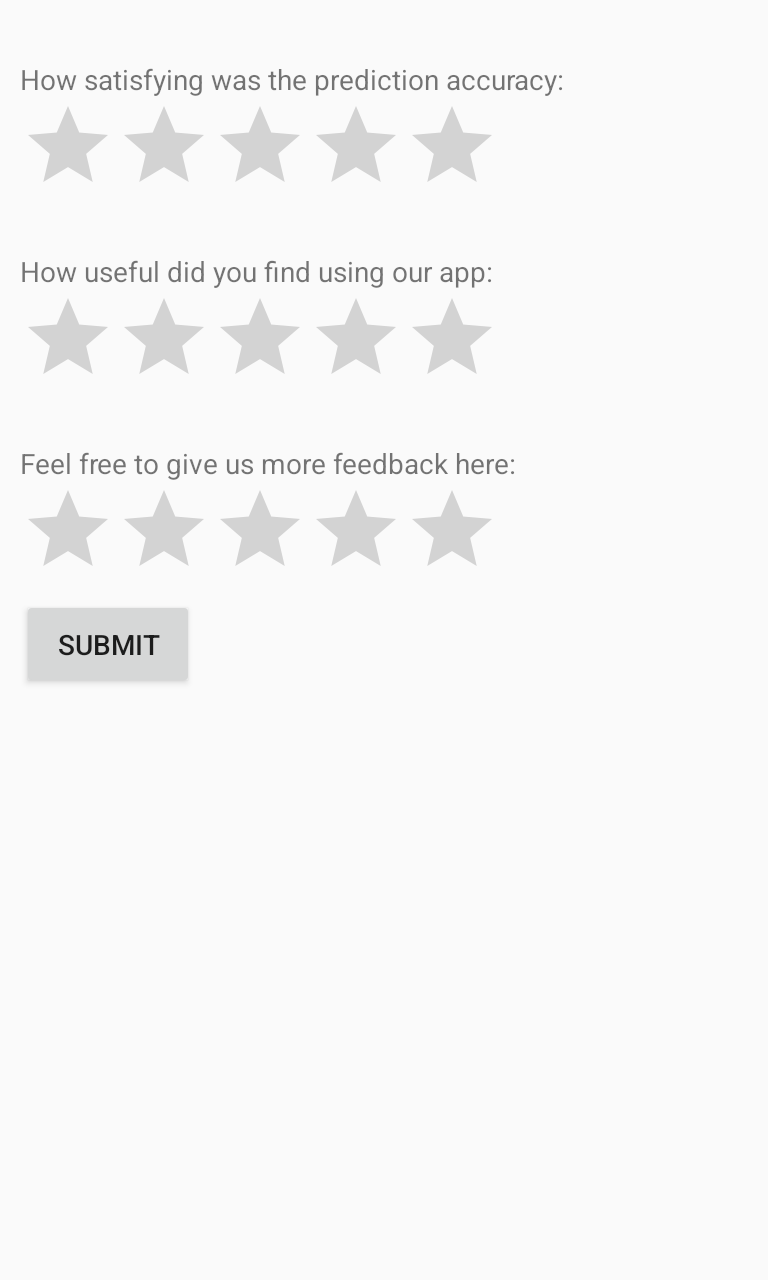
Repository: hessfr/contextRecognition
Layout: androidProjects/ContextRecognition/res/layout/activity_rating.xml
These files come from the project's save history. The layout is drawn as it stood at one moment and after the next save; the edit follows.
It is drawn on a 768 x 1280 px phone screen (xhdpi) without system bars, with theme AppTheme; the app's code is not run.

Above is the layout before, as saved 2014-05-30 07:39:32.

After the next save:
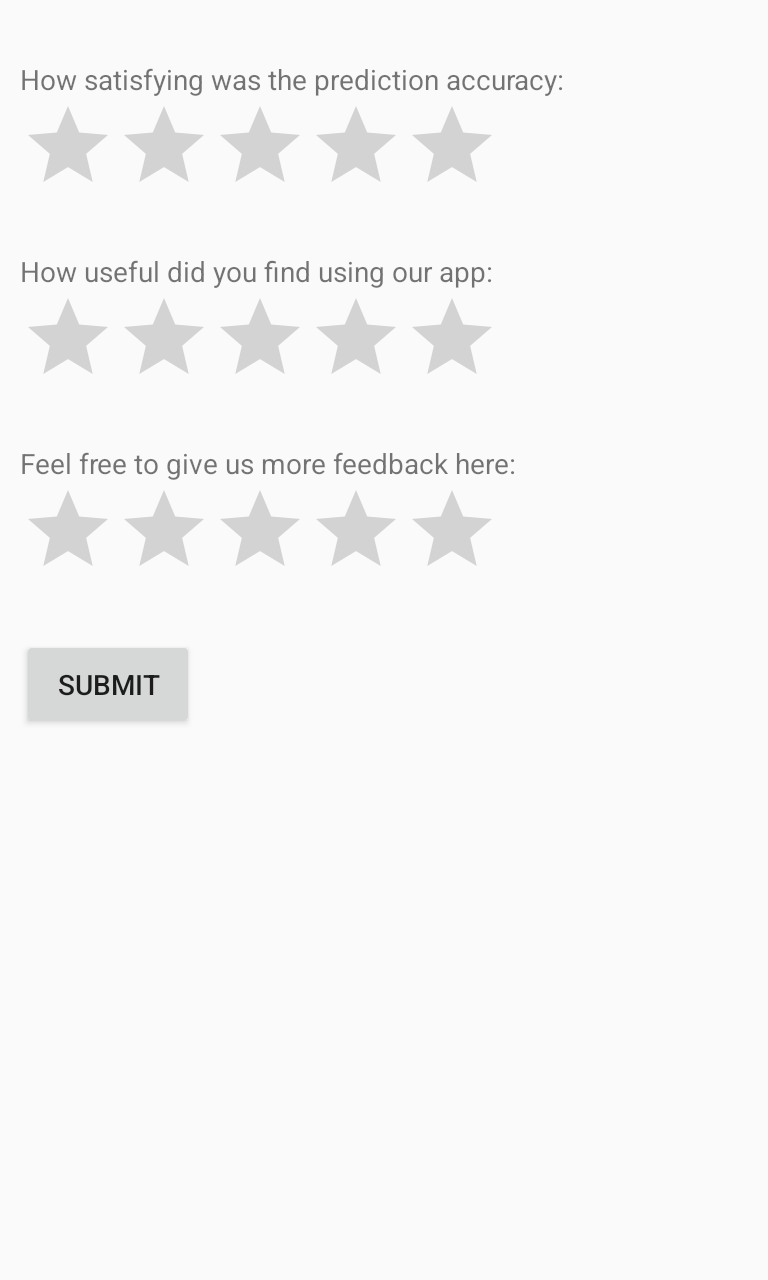
Saved 27 s later.
--- a/androidProjects/ContextRecognition/res/layout/activity_rating.xml
+++ b/androidProjects/ContextRecognition/res/layout/activity_rating.xml
@@ -75,7 +75,8 @@
 
             <RelativeLayout
 		        android:layout_width="match_parent"
-		        android:layout_height="match_parent" >
+		        android:layout_height="match_parent"
+		        android:layout_marginTop="20dp" >
 		    <Button
 		        android:id="@+id/button1"
 		        android:layout_width="wrap_content"
